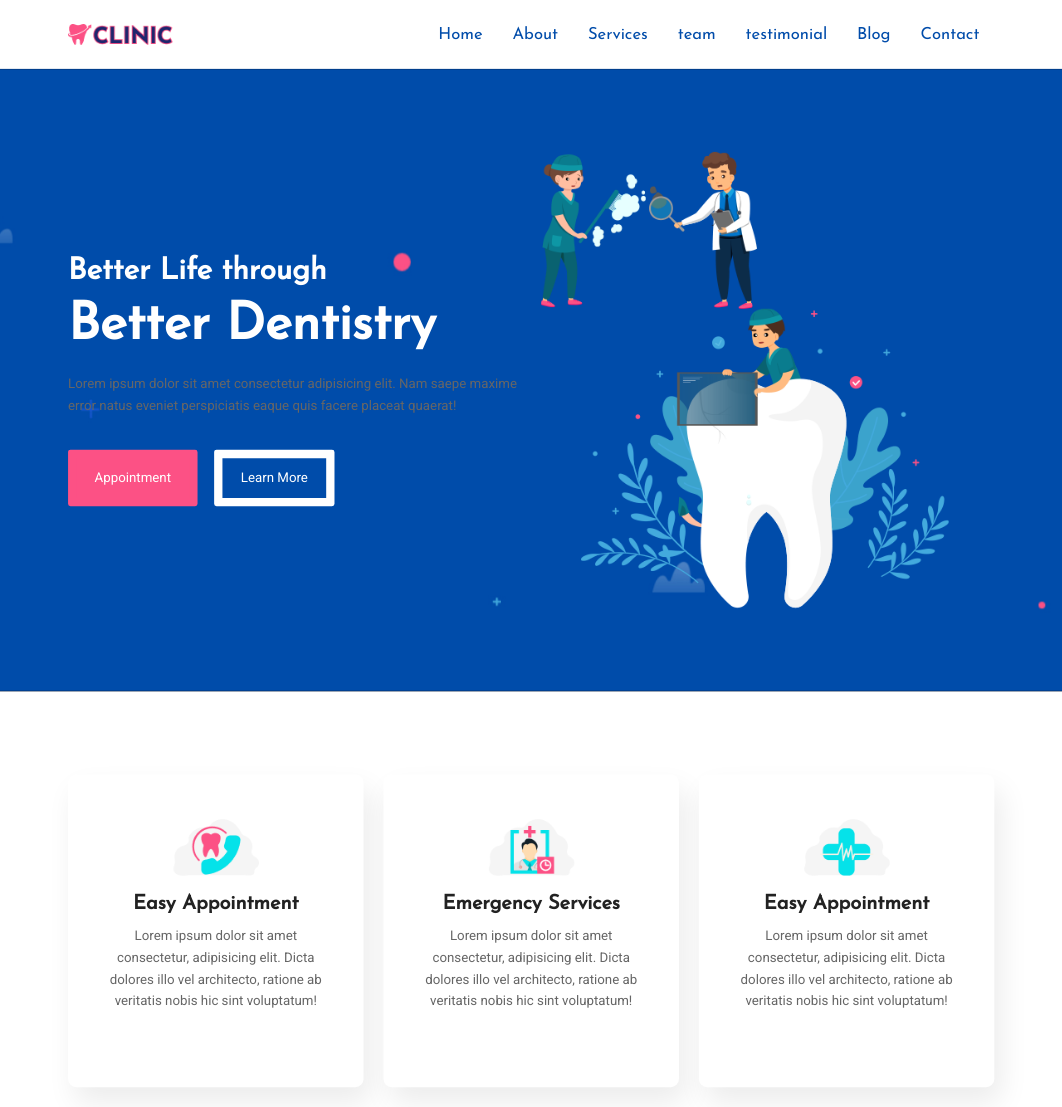
Repository: rsbappy/Project-13
Page: index.html
These files come from the project's save history. The page is drawn as it stood at one moment and after the next save; the edit follows.
The browser window is 1280 px wide. The pictures show the whole page, at 83% of full size.
Some web libraries are served in a nearby version.

Above is the page before, as saved 2022-08-19 11:13:14.
Console error: TypeError: Cannot read properties of null (reading 'classList')

After the next save:
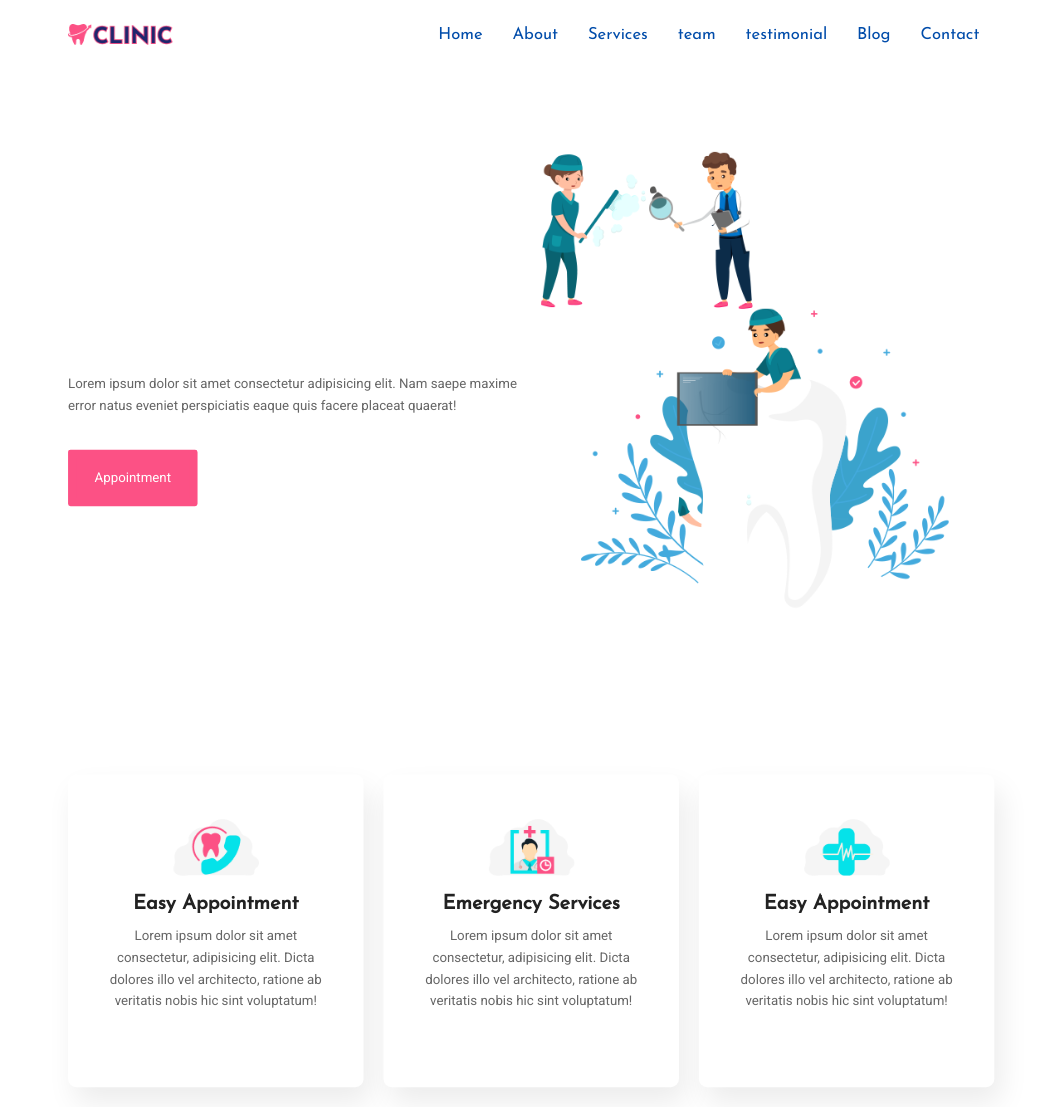
Saved 66 s later.
--- a/css/style.css
+++ b/css/style.css
@@ -225,9 +225,10 @@
 
 /*3 banner */
 
-.banner_wrapper {
+
+/* .banner_wrapper {
     background-image: url('/images/top-banner-img/Top-banner.jpg');
     background-position: center center;
     background-repeat: no-repeat;
     background-size: cover;
-}
+} */

After the save that followed:
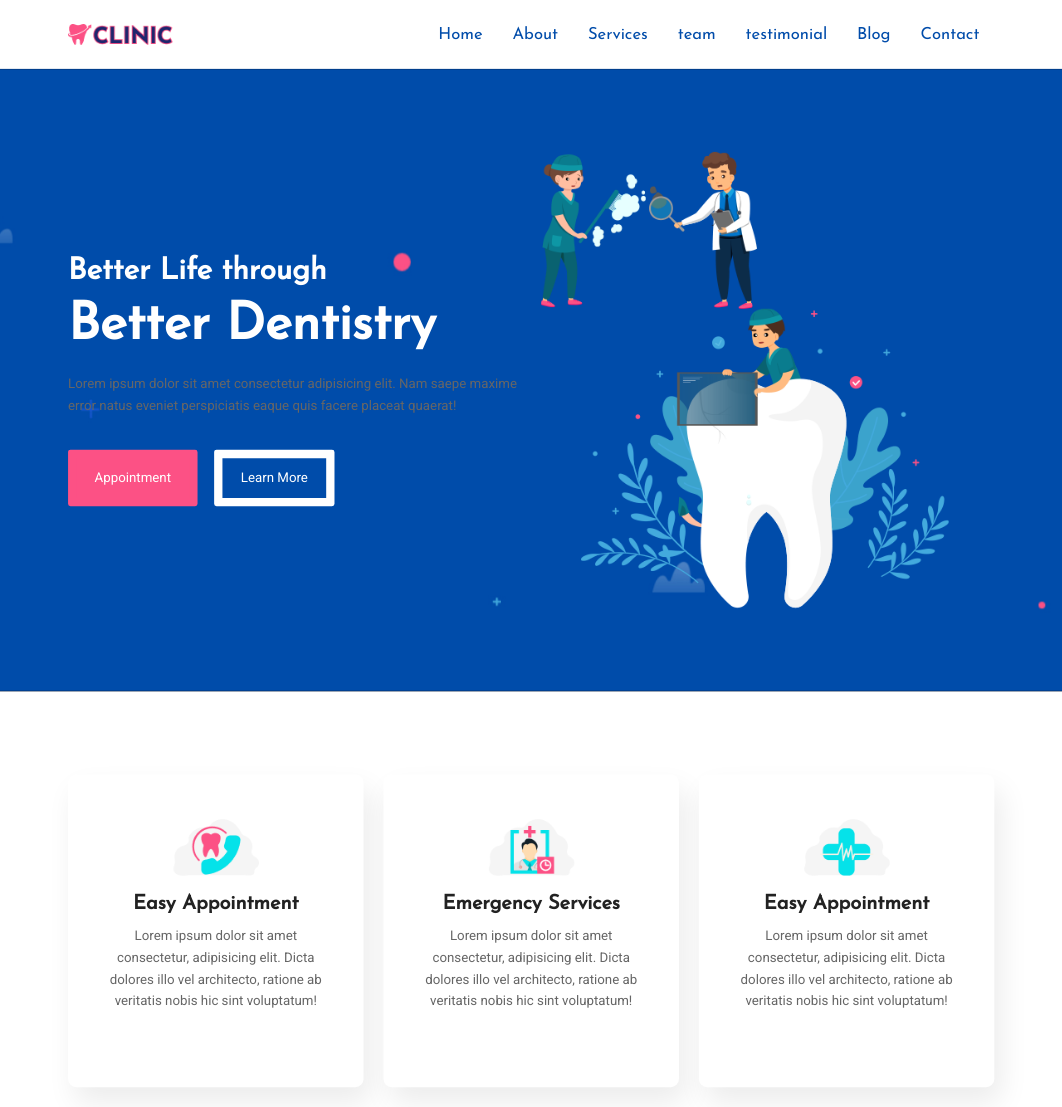
Saved 14 s later.
--- a/css/style.css
+++ b/css/style.css
@@ -225,10 +225,9 @@
 
 /*3 banner */
 
-
-/* .banner_wrapper {
+.banner_wrapper {
     background-image: url('/images/top-banner-img/Top-banner.jpg');
     background-position: center center;
     background-repeat: no-repeat;
     background-size: cover;
-} */
+}
